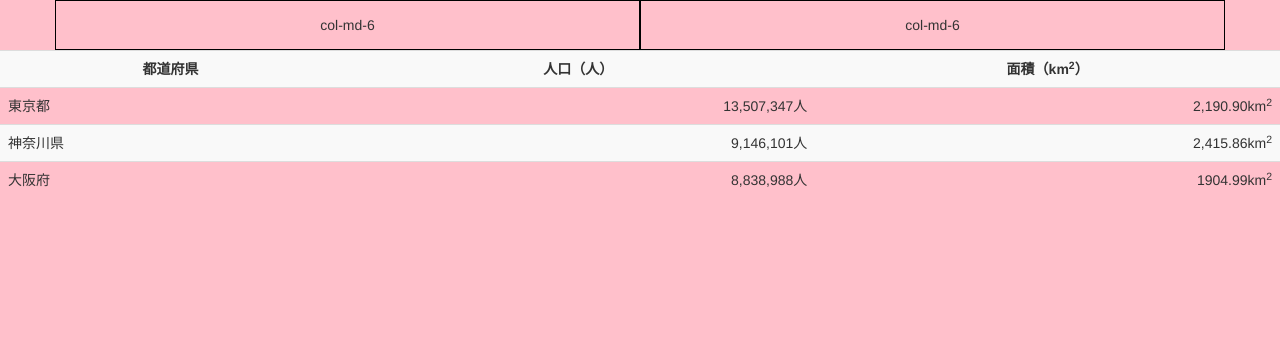
Repository: erika-sugimoto/microposts
Page: bootstrap_lesson.html
The author's editor kept a record of every edit. The page is drawn from the files as they stood at one moment, then again after the next edit.
The browser window is 1280 px wide. The pictures show the whole page.

Above is the page before.

After the next edit:
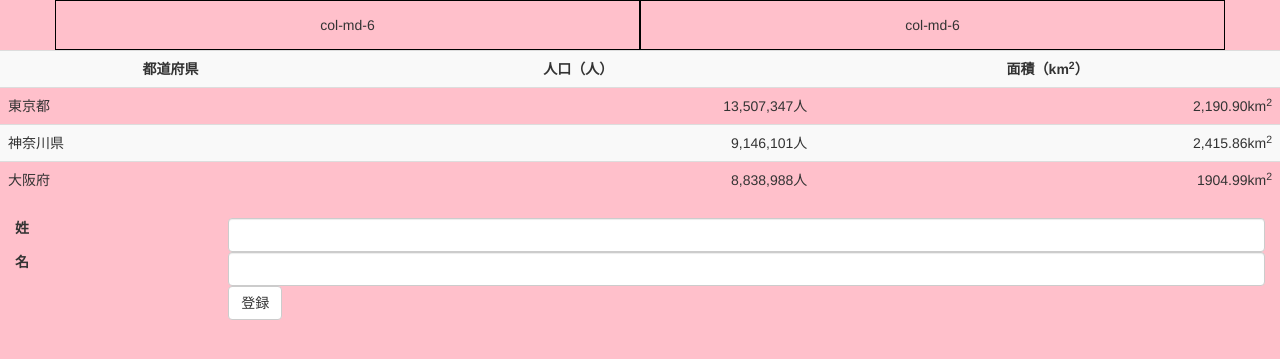
The edit:
--- a/bootstrap_lesson.html
+++ b/bootstrap_lesson.html
@@ -53,5 +53,30 @@
         <td class="text-right">1904.99km<sup>2</sup></td>
     </tr>
 </table>
+<form　class="form-horizontal">
+  <!-- "form-group" expresses a row -->
+  <div class="form-group">
+    <label class="col-xs-2 control-label">姓</label>
+    <div class="col-xs-10">
+      <input type="text" class="form-control" name="lastname">
+    </div>
+  </div>
+
+  <!-- row -->
+  <div class="form-group">
+    <label class="col-xs-2 control-label">名</label>
+    <div class="col-xs-10">
+      <input type="text" class="form-control" name="
+      firstname">
+    </div>
+  </div>
+
+  <!-- row -->
+  <div class="form-group">
+    <div class="col-xs-offset-2 col-sm-10">
+      <button type="submit" class="btn btn-default">登録</button>
+    </div>
+  </div>
+</form>
     </body>
 </html>
